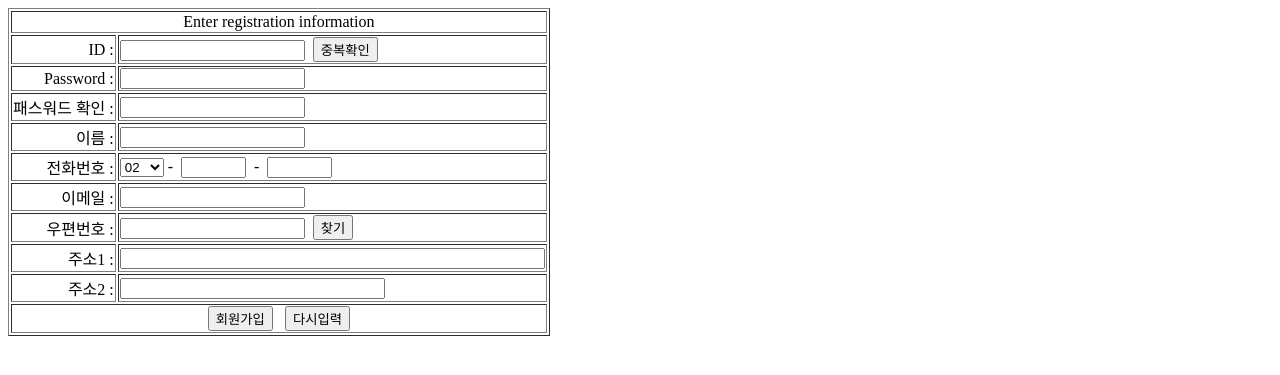
Repository: tomaters/servlets-JSP
Page: http://localhost/jsptest/mvcMem/regForm.jsp
An editor plug-in stored every save of this project. The page is shown before and after the next save, followed by the edit.
The browser window is 1280 px wide. The pictures show the whole page.
The page is served by Tomcat 10.

Above is the page before, as saved 2023-12-11 02:44:27.

After the next save:
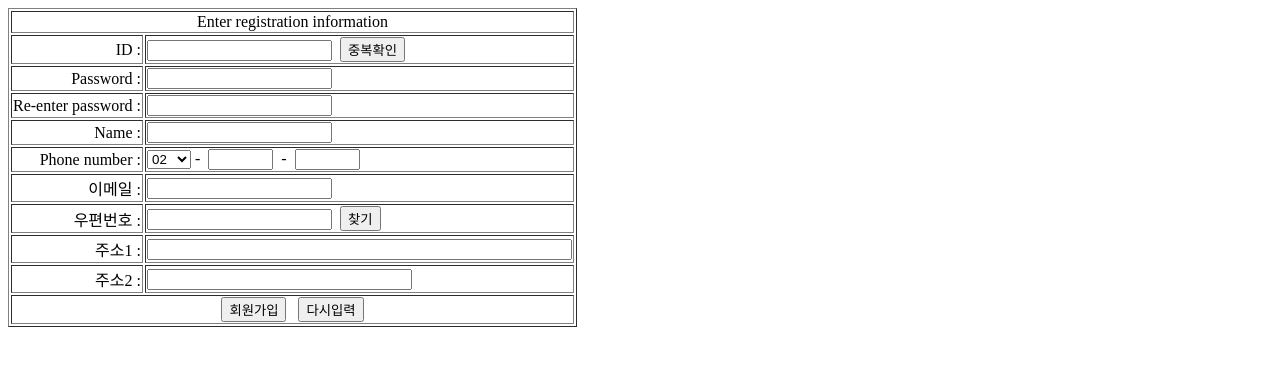
Saved 13 s later.
--- a/jsptest/src/main/webapp/mvcMem/regForm.jsp
+++ b/jsptest/src/main/webapp/mvcMem/regForm.jsp
@@ -23,15 +23,15 @@
 				<td><input type="password" name="pass" /></td>
 			</tr>
 			<tr>
-				<td align="right">패스워드 확인 :</td>
+				<td align="right">Re-enter password :</td>
 				<td><input type="password" name="repass" /></td>
 			</tr>
 			<tr>
-				<td align="right">이름 :</td>
+				<td align="right">Name :</td>
 				<td><input type="text" name="name" /></td>
 			</tr>
 			<tr>
-				<td align="right">전화번호 :</td>
+				<td align="right">Phone number :</td>
 				<td><select name="phone1">
 						<option value="02">02</option>
 						<option value="011">011</option>
